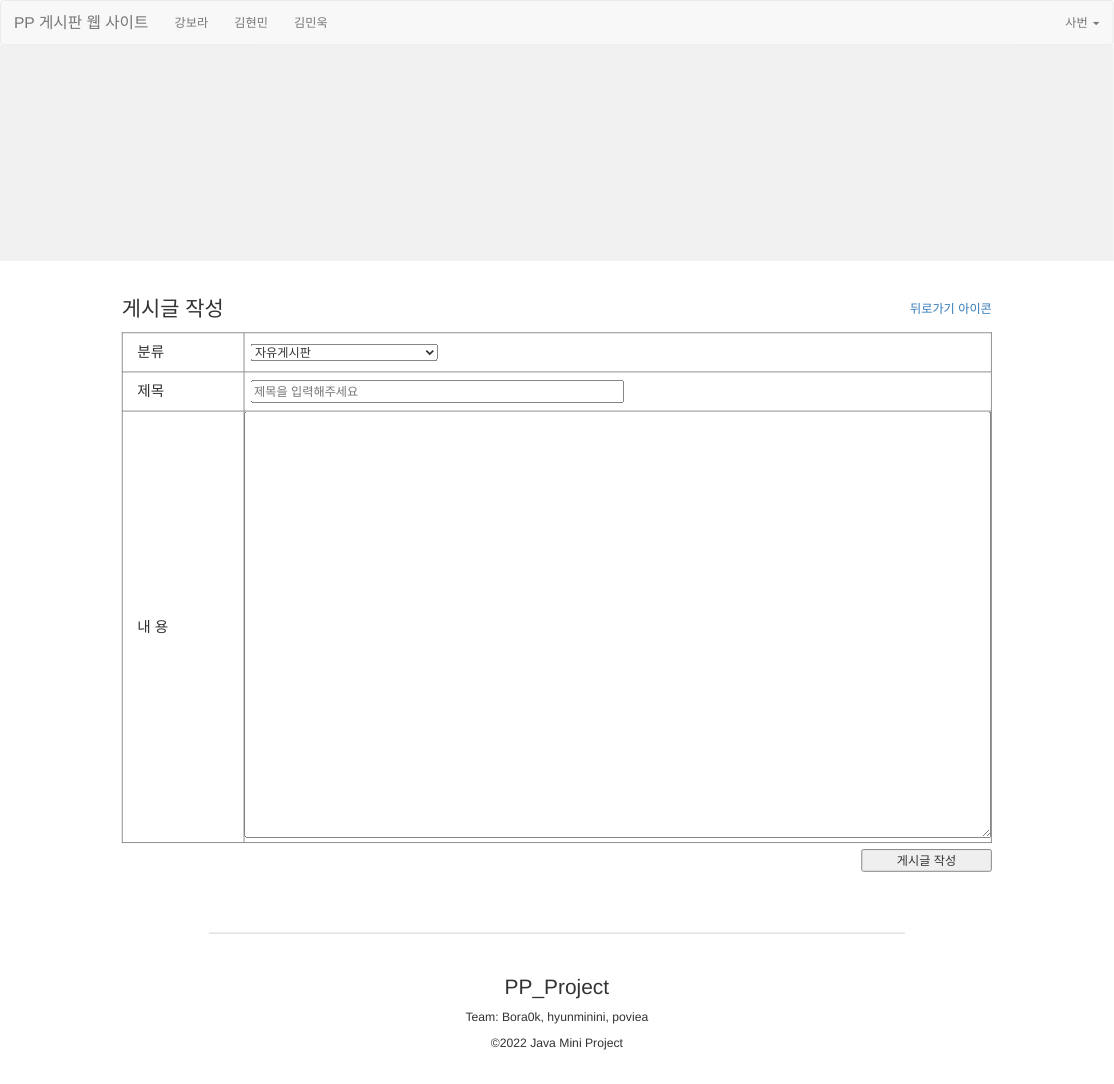
Repository: hyunminini/CommunityPage
Page: http://localhost/PP_Project/boardWrite.jsp
The author's editor kept a copy of each file at every save. The page is drawn from the files as they stood at one save, then again after the next save.
The browser window is 1280 px wide. The pictures show the whole page, at 87% of full size.
Some web libraries are served in a nearby version. The page is served by Tomcat 9.

Above is the page before, as saved 2022-09-29 03:18:47.

After the next save:
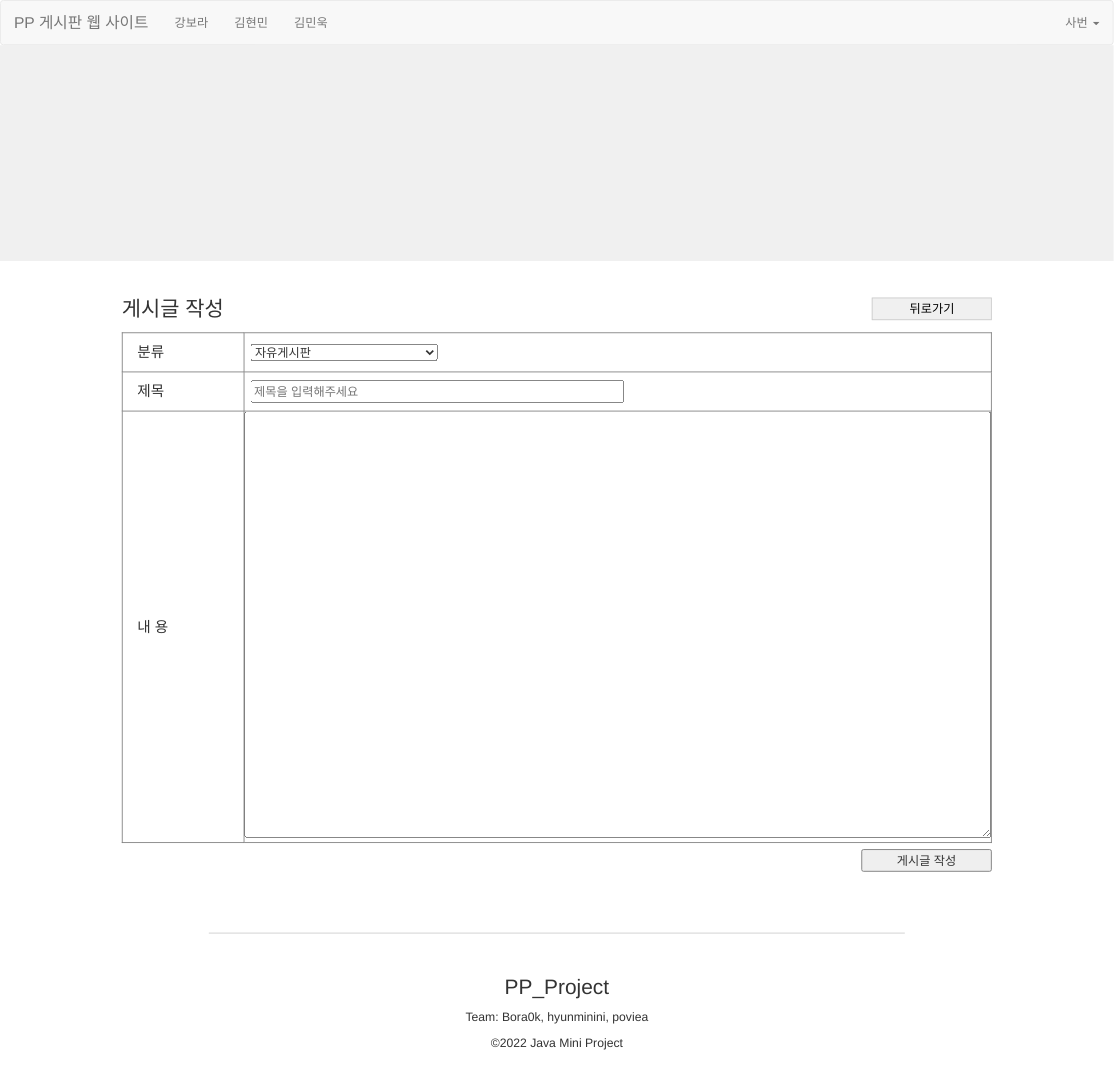
Saved 79 s later.
--- a/PP_Project/WebContent/boardWrite.jsp
+++ b/PP_Project/WebContent/boardWrite.jsp
@@ -7,6 +7,25 @@
 <link rel="stylesheet" href="css/board.css">
 <link rel="stylesheet" href="css/layout.css">
 <title>BoardWrite.jsp</title>
+
+<style>
+.back-btn a{
+	color: #000;
+	padding: 0.3em 3em 0.3em 3em;
+	background: #f0f0f0;
+	border: 1px solid #ccc;
+	text-decoration: none;
+}
+footer {
+	height: auto;
+	background: none;
+}
+.ft-wrap {
+	border-top: 1px solid #ccc;
+	text-align: center;
+	padding: 2em 0em 2em 0em;
+}
+</style>
 
 <script language=javascript>
 function checkValid() {
@@ -22,7 +41,6 @@
     return true;
 }
 </script>
-
 </head>
 <body>
 
@@ -42,7 +60,7 @@
 				<span class="icon-bar"></span>
 				<span class="icon-bar"></span>
 			</button>
-			<a class="navbar-brand" href="board.do">
+			<a class="navbar-brand" href="board.do?command=backDrop">
 				PP 게시판 웹 사이트
 			</a>
 		</div>
@@ -50,9 +68,9 @@
 		<!-- 메뉴 영역 깃허브 링크 이동 -->
 		<div class="collapse navbar-collapse" id="bs-example-navbar-collapse-1">
 			<ul class="nav navbar-nav">
-				<li><a href="#">강보라</a></li>
-				<li><a href="#">김현민</a></li>
-				<li><a href="#">김민욱</a></li>
+				<li><a href="https://github.com/Bora0k" target="_blacnk">강보라</a></li>
+				<li><a href="https://github.com/hyunminini" target="_blacnk">김현민</a></li>
+				<li><a href="https://github.com/poviea" target="_blacnk">김민욱</a></li>
 			</ul>
 
 			<!-- 메뉴 드랍다운 영역 -->
@@ -71,21 +89,9 @@
 					</a>
 				<!-- 드랍다운 아이템 영역 -->
 				<ul class="dropdown-menu">
-					<c:choose>
-						<c:when test="${sessionScope.empno == 1001}">
-							<li class="active">
-								<a href="logoutAction.jsp">관리자 페이지 이동</a>
-							</li>
-							<li>
-								<a href="logoutAction.jsp">로그아웃</a>
-							</li>
-						</c:when>
-						<c:otherwise>
-							<li class="active">
-								<a href="logoutAction.jsp">로그아웃</a>
-							</li>
-						</c:otherwise>
-					</c:choose>
+					<li class="active">
+						<a href="logoutAction.jsp">로그아웃</a>
+					</li>
 				</ul>
 			</li>
 		</ul>
@@ -101,7 +107,7 @@
 	<table align="center" cellpadding="5" cellspacing="2" width="100%" border="1">
       	<div class="board-text-flex">
       		<h3 class="board-name">게시글 작성</h3>
-      		<p><a href="javascript:history.back();">뒤로가기 아이콘</a></p>
+      		<p class="back-btn"><a href="javascript:history.back();">뒤로가기</a></p>
       	</div>
     	<tr>
        	 	<td class="left-td">
@@ -134,16 +140,12 @@
     	</tr>
 	</table>
 	<input type="hidden" name="board_cnum" value="${board_cnum}"></input>
-	<input type="hidden" name="empno" value="${sessionScope.empno}"></input>
-
+	<input type="hidden" name="empno" value="${empno}"></input>
 
 	<div class="btn-wrap">
 		<input class="submit" type="submit" value="게시글 작성">
 	</div>
-
-
 </form>
-
 </div>
 
 <footer>

After the save that followed:
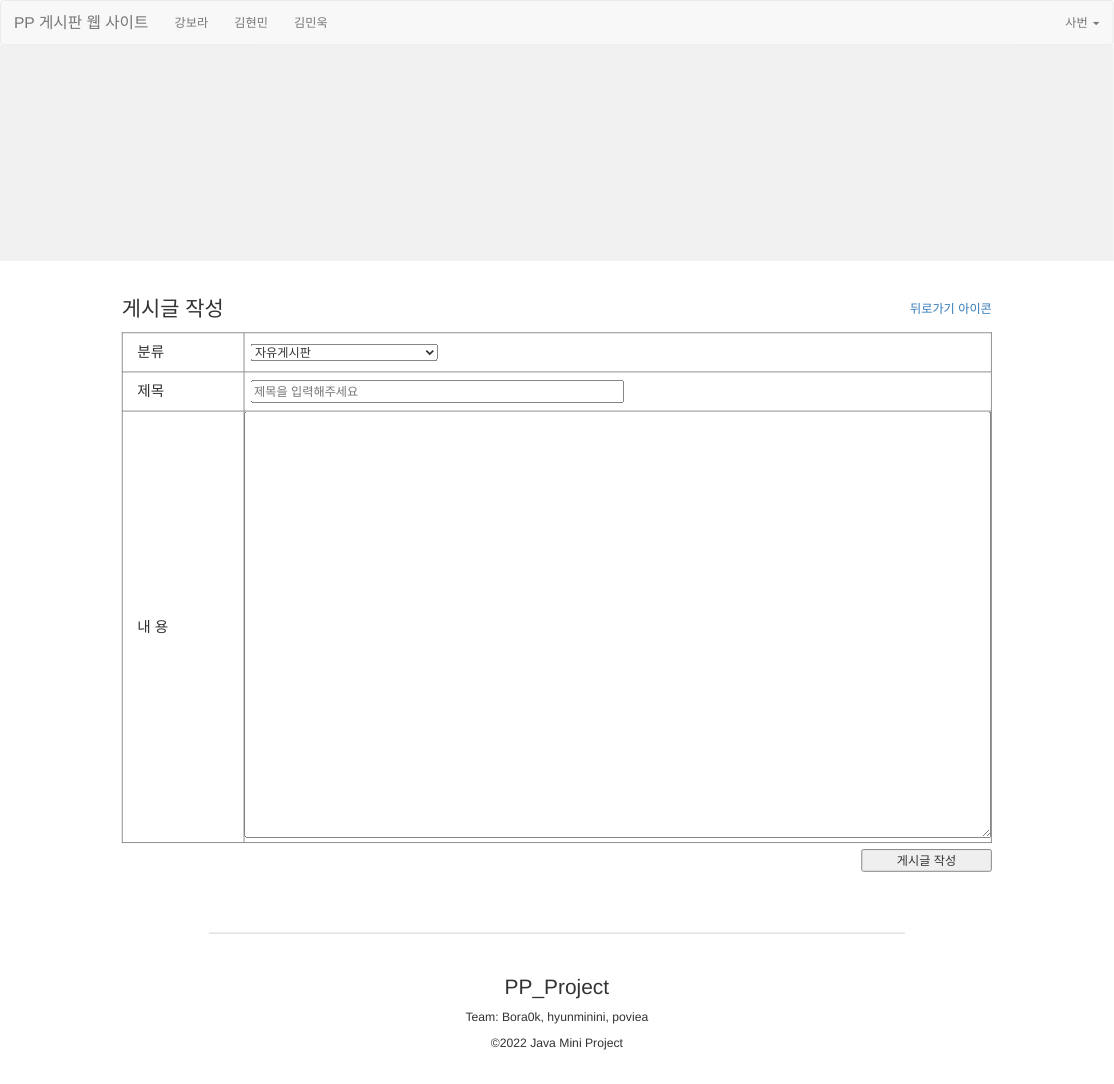
Saved 2 min 12 s later.
--- a/PP_Project/WebContent/boardWrite.jsp
+++ b/PP_Project/WebContent/boardWrite.jsp
@@ -7,25 +7,6 @@
 <link rel="stylesheet" href="css/board.css">
 <link rel="stylesheet" href="css/layout.css">
 <title>BoardWrite.jsp</title>
-
-<style>
-.back-btn a{
-	color: #000;
-	padding: 0.3em 3em 0.3em 3em;
-	background: #f0f0f0;
-	border: 1px solid #ccc;
-	text-decoration: none;
-}
-footer {
-	height: auto;
-	background: none;
-}
-.ft-wrap {
-	border-top: 1px solid #ccc;
-	text-align: center;
-	padding: 2em 0em 2em 0em;
-}
-</style>
 
 <script language=javascript>
 function checkValid() {
@@ -41,6 +22,7 @@
     return true;
 }
 </script>
+
 </head>
 <body>
 
@@ -60,7 +42,7 @@
 				<span class="icon-bar"></span>
 				<span class="icon-bar"></span>
 			</button>
-			<a class="navbar-brand" href="board.do?command=backDrop">
+			<a class="navbar-brand" href="board.do">
 				PP 게시판 웹 사이트
 			</a>
 		</div>
@@ -68,9 +50,9 @@
 		<!-- 메뉴 영역 깃허브 링크 이동 -->
 		<div class="collapse navbar-collapse" id="bs-example-navbar-collapse-1">
 			<ul class="nav navbar-nav">
-				<li><a href="https://github.com/Bora0k" target="_blacnk">강보라</a></li>
-				<li><a href="https://github.com/hyunminini" target="_blacnk">김현민</a></li>
-				<li><a href="https://github.com/poviea" target="_blacnk">김민욱</a></li>
+				<li><a href="#">강보라</a></li>
+				<li><a href="#">김현민</a></li>
+				<li><a href="#">김민욱</a></li>
 			</ul>
 
 			<!-- 메뉴 드랍다운 영역 -->
@@ -89,9 +71,21 @@
 					</a>
 				<!-- 드랍다운 아이템 영역 -->
 				<ul class="dropdown-menu">
-					<li class="active">
-						<a href="logoutAction.jsp">로그아웃</a>
-					</li>
+					<c:choose>
+						<c:when test="${sessionScope.empno == 1001}">
+							<li class="active">
+								<a href="logoutAction.jsp">관리자 페이지 이동</a>
+							</li>
+							<li>
+								<a href="logoutAction.jsp">로그아웃</a>
+							</li>
+						</c:when>
+						<c:otherwise>
+							<li class="active">
+								<a href="logoutAction.jsp">로그아웃</a>
+							</li>
+						</c:otherwise>
+					</c:choose>
 				</ul>
 			</li>
 		</ul>
@@ -107,7 +101,7 @@
 	<table align="center" cellpadding="5" cellspacing="2" width="100%" border="1">
       	<div class="board-text-flex">
       		<h3 class="board-name">게시글 작성</h3>
-      		<p class="back-btn"><a href="javascript:history.back();">뒤로가기</a></p>
+      		<p><a href="javascript:history.back();">뒤로가기 아이콘</a></p>
       	</div>
     	<tr>
        	 	<td class="left-td">
@@ -140,12 +134,16 @@
     	</tr>
 	</table>
 	<input type="hidden" name="board_cnum" value="${board_cnum}"></input>
-	<input type="hidden" name="empno" value="${empno}"></input>
+	<input type="hidden" name="empno" value="${sessionScope.empno}"></input>
+
 
 	<div class="btn-wrap">
 		<input class="submit" type="submit" value="게시글 작성">
 	</div>
+
+
 </form>
+
 </div>
 
 <footer>
